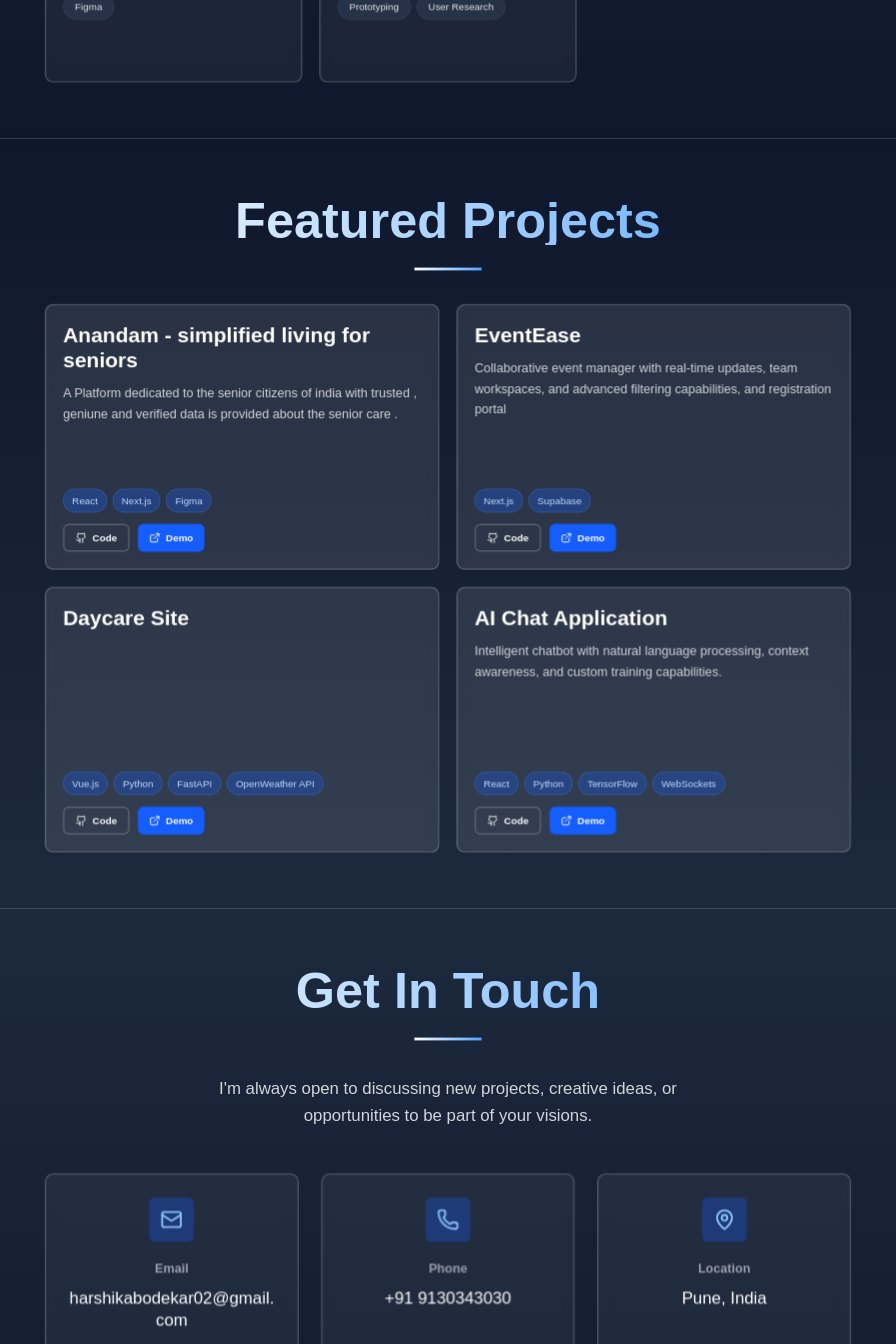
Repository: harshikabodekar/portfolio_awp
Page: /
The author's editor kept a copy of each file at every save. The page is drawn from the files as they stood at one save, then again after the next save.
The browser window is 1280 px wide. The pictures show the part of the page from y = 2536 to 4456 px (the page is 4940 px tall), at 70% of full size.
The project was rebuilt for these pictures with package versions that can differ from the ones it lists, and the page was loaded fresh each time. The framework's server and built-in components were replaced by stand-ins that run in the browser. Also part of the build but not shown: next.config.mjs.

Above is the page before, as saved 2025-10-15 21:45:49.

After the next save:
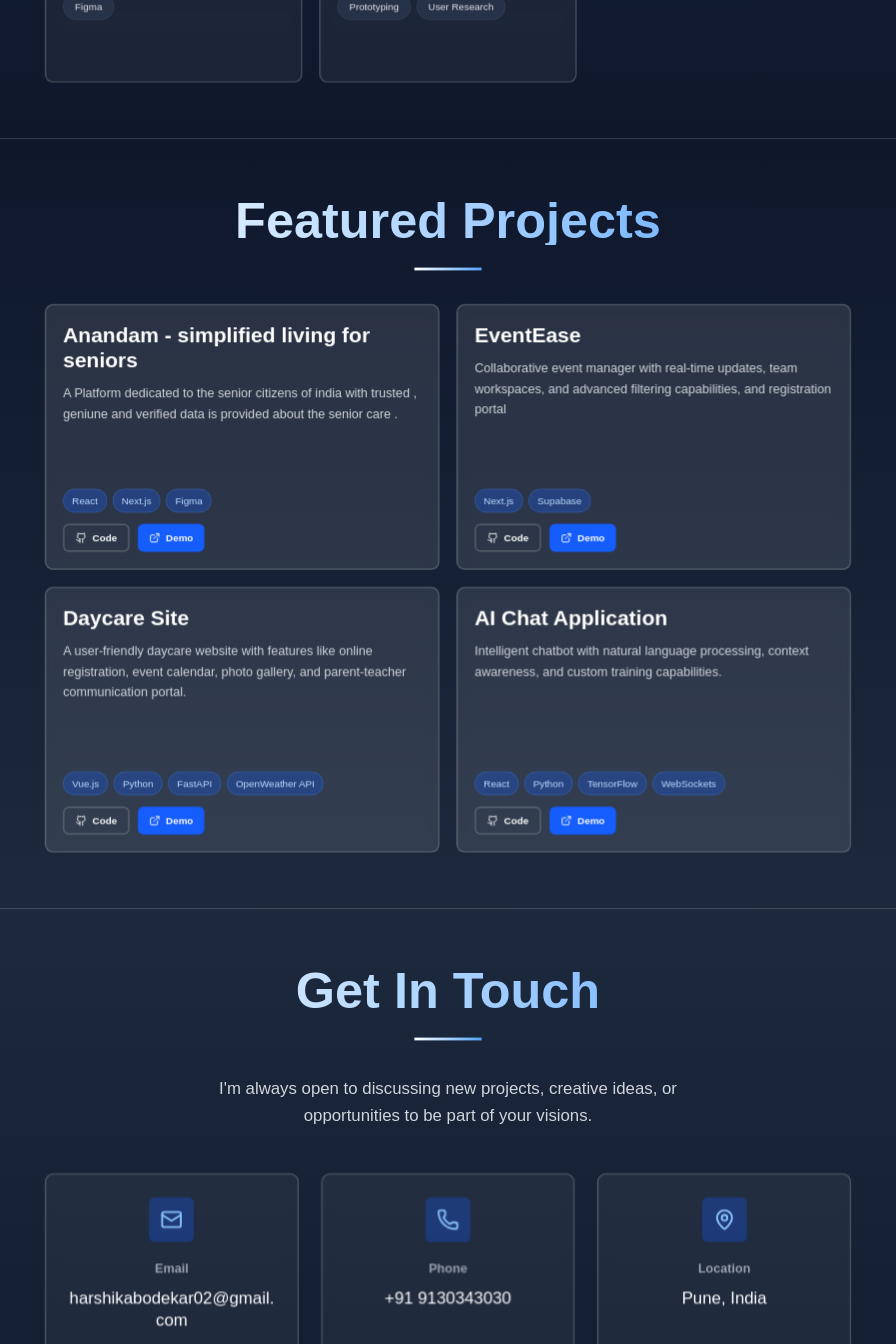
Saved 5 s later.
--- a/src/app/components/Project.js
+++ b/src/app/components/Project.js
@@ -18,7 +18,7 @@ const Projects = () => {
     },
     {
       title: "Daycare Site ",
-      description: "",
+      description: "A user-friendly daycare website with features like online registration, event calendar, photo gallery, and parent-teacher communication portal.",
       tech: ["Vue.js", "Python", "FastAPI", "OpenWeather API"],
 
     },
